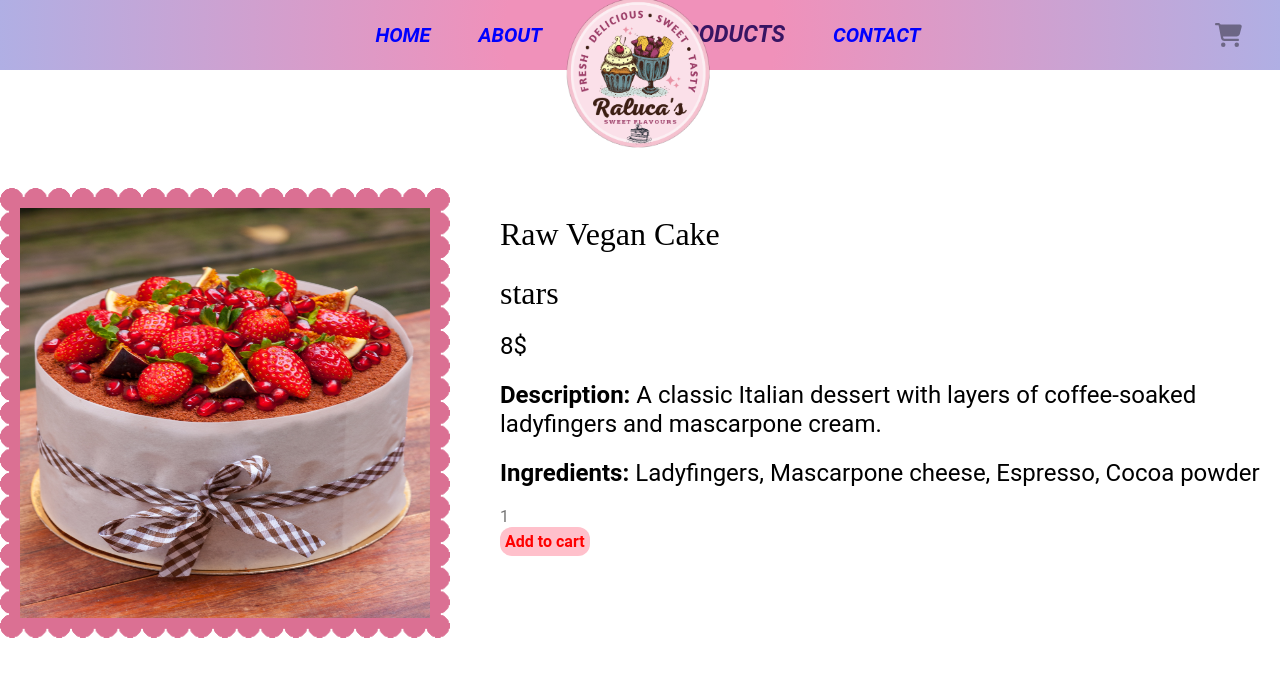
Repository: RalucaZota/cakeshop
Page: /products
The author's editor kept a copy of each file at every save. The page is drawn from the files as they stood at one save, then again after the next save.
The browser window is 1280 px wide. The pictures show the whole page.
The project was rebuilt for these pictures with package versions that can differ from the ones it lists, and the page was loaded fresh each time. Requests to the local data server were answered from the project's data file. Also part of the build but not shown: vite.config.js, src/components/FavoriteProduct.vue, src/data.js, src/components/ProductItem.vue, src/components/Testimonials.vue, src/views/Home.vue, src/components/StaffComponent.vue, src/components/CommentBox.vue and 3 more.

Above is the page before, as saved 2023-07-01 12:00:05.

### index.html
<!DOCTYPE html>
<html lang="en">
  <head>
    <meta charset="UTF-8">
    <link rel="icon" href="/favicon.ico">
    <meta name="viewport" content="width=device-width, initial-scale=1.0">
    <title>Vite App</title>
  </head>
  <body>
    <div id="app"></div>
    <script type="module" src="/src/main.js"></script>

  </body>
</html>

### src/main.js
import './assets/main.css'
import{ createApp } from "vue";
import App from './App.vue'
import router from './router'

import { library } from '@fortawesome/fontawesome-svg-core'
import { FontAwesomeIcon } from '@fortawesome/vue-fontawesome'
import { faBars } from '@fortawesome/free-solid-svg-icons'
import { faXmark } from '@fortawesome/free-solid-svg-icons'
import { faCartShopping } from '@fortawesome/free-solid-svg-icons'

import 'vuetify/styles'
import { createVuetify } from 'vuetify'
import * as components from 'vuetify/components'
import * as directives from 'vuetify/directives'

const vuetify = createVuetify({
    components,
    directives,
  })
library.add(faBars, faXmark, faCartShopping)

createApp(App)
.component('font-awesome-icon', FontAwesomeIcon).use(router, vuetify)
.mount('#app')

### src/assets/main.css
@import './base.css';

#app {
  margin: 0 auto;

  font-weight: normal;
}

html{
  line-height: 1.2 !important;
}

### src/App.vue
<script setup>
import Navbar from "./components/Navbar.vue"


</script>

<template>
<navbar/>


</template>

<style scoped>

</style>

### src/router/index.js
import { createRouter, createWebHistory } from 'vue-router'

const router = createRouter({
  history: createWebHistory(import.meta.env.BASE_URL),
  routes: [
    {
      path: '/',
      name: 'home',
      component: () => import('../views/Home.vue')
    },
    { path: '/about', name: 'about', component: () => import('../views/About.vue') },
    { path: '/products', name: 'products', component: () => import('../views/Products.vue') },
    { path: '/contact', name: 'contact', component: () => import('../views/Contact.vue') }
    // route level code-splitting
    // this generates a separate chunk (About.[hash].js) for this route
    // which is lazy-loaded when the route is visited.
  ]
})

export default router

### src/assets/base.css
/* color palette from <https://github.com/vuejs/theme> */
:root {
  --vt-c-white: #ffffff;
  --vt-c-white-soft: #f8f8f8;
  --vt-c-white-mute: #f2f2f2;

  --vt-c-black: #181818;
  --vt-c-black-soft: #222222;
  --vt-c-black-mute: #282828;

  --vt-c-indigo: #2c3e50;

  --vt-c-divider-light-1: rgba(60, 60, 60, 0.29);
  --vt-c-divider-light-2: rgba(60, 60, 60, 0.12);
  --vt-c-divider-dark-1: rgba(84, 84, 84, 0.65);
  --vt-c-divider-dark-2: rgba(84, 84, 84, 0.48);

  --vt-c-text-light-1: var(--vt-c-indigo);
  --vt-c-text-light-2: rgba(60, 60, 60, 0.66);
  --vt-c-text-dark-1: var(--vt-c-white);
  --vt-c-text-dark-2: rgba(235, 235, 235, 0.64);
}

/* semantic color variables for this project */
:root {
  --color-background: var(--vt-c-white);
  --color-background-soft: var(--vt-c-white-soft);
  --color-background-mute: var(--vt-c-white-mute);

  --color-border: var(--vt-c-divider-light-2);
  --color-border-hover: var(--vt-c-divider-light-1);

  --color-heading: var(--vt-c-text-light-1);
  --color-text: var(--vt-c-text-light-1);

  --section-gap: 160px;
}

@media (prefers-color-scheme: dark) {
  :root {
    --color-background: var(--vt-c-black);
    --color-background-soft: var(--vt-c-black-soft);
    --color-background-mute: var(--vt-c-black-mute);

    --color-border: var(--vt-c-divider-dark-2);
    --color-border-hover: var(--vt-c-divider-dark-1);

    --color-heading: var(--vt-c-text-dark-1);
    --color-text: var(--vt-c-text-dark-2);
  }
}

*,
*::before,
*::after {
  box-sizing: border-box;
  margin: 0;
  font-weight: normal;
}

### src/components/Navbar.vue
<template>
  <header :class="{ 'scrolled-nav': scrolledNav }">
    <nav >
      <div class="cart">
          <font-awesome-icon icon="fa-solid fa-cart-shopping" fade size="xl" />
        </div>
      <ul class="navigation" v-show="!mobile">
        <li>
          <RouterLink active-class="active" :to="{ name: 'home' }" class=" link"
            >Home</RouterLink
          >
        </li>
        <li>
          <RouterLink active-class="active" :to="{ name: 'about' }" class=" link"
            >About</RouterLink
          >
        </li>
        <div class="branding">
          <img src="../assets/images/logo.png" alt="logo"/>
        </div>
        <li>
          <RouterLink active-class="active" :to="{ name: 'products' }" class=" link"
            >Products</RouterLink
          >
        </li>
        <li>
          <RouterLink active-class="active" :to="{ name: 'contact' }" class=" link"
            >Contact</RouterLink
          >
        </li>
      </ul>
        <div class="icon">
          <font-awesome-icon icon="fa-solid fa-bars" size="lg" @click="openMobileNav" v-show="!mobileNav && mobile"  class="burger" :class="{'icon-active': mobileNav}"/>
          <font-awesome-icon  v-show="mobileNav" icon="fa-solid fa-xmark" beat size="xl" @click="closeMobileNav" class="close-nav" :class="{'icon-active': mobileNav}"/>
        </div>

      <transition name="mobile-nav">

        <ul v-show="mobileNav" class="dropdown-nav">
          <li>
            <div class="branding">
          <img src="../assets/images/logo.png" alt="logo"/>
        </div>
          </li>
          <li>
            <RouterLink active-class="active" :to="{ name: 'home' }" class="link"
              >Home</RouterLink
            >
          </li>
          <li>
            <RouterLink active-class="active" :to="{ name: 'about' }" class=" link"
              >About</RouterLink
            >
          </li>
          <li>
            <RouterLink active-class="active" :to="{ name: 'products' }" class=" link"
              >Products</RouterLink
            >
          </li>
          <li>
            <RouterLink active-class="active" :to="{ name: 'contact' }" class=" link"
              >Contact</RouterLink
            >
          </li>
        </ul>
      </transition>
    </nav>
  </header>

  <RouterView />
</template>
<script>
import { RouterLink, RouterView } from 'vue-router'
import Home from '../views/Home.vue'
import Products from '../views/Products.vue'
import About from '../views/About.vue'
import Contact from '../views/Contact.vue'
export default {
  name: 'navbar',
  components: {
    Home,
    Products,
    About,
    Contact
  },
  data(){
    return {
      scrolledNav: null,
      mobile: null,
      mobileNav: null,
      windowWidth: null,

    }
  },
  created(){
    window.addEventListener('resize', this.checkScreen);
    this.checkScreen()
  },
  mounted(){
    window.addEventListener('scroll', this.updateScroll)
  },
  methods:{
    openMobileNav(){
      this.mobileNav = true


    },
    closeMobileNav(){
      this.mobileNav = false

    },

    updateScroll(){
      const scrollPosition =  window.scrollY;
      if (scrollPosition > 50){
        this.scrolledNav = true;
        return;
      }
      this.scrolledNav = false
    },
    checkScreen(){
      this.windowWidth = window.innerWidth;
      if( this.windowWidth <= 750){
        this.mobile = true;
        return;
      }
      this.mobile = false;
      this.mobileNav = false;
    }
  }
}
</script>
<style lang="scss">
@import '../styles/Navbar.scss';
</style>

### src/views/Products.vue
<template>
    <div>
        <h1>PRODUCTS</h1>
       <single-product/>
    </div>
</template>
<script>

import SingleProduct from '../components/SingleProduct.vue';
export default {
    name: 'products',
    components:{
        SingleProduct


    }
}
</script>

### src/styles/Navbar.scss
header{
    width: 100%;
    position: fixed;
    transition: 0.5s ease all;
    background-color: transparent;
    z-index: 99;
    color: transparent;
    height: 68px;
    nav{
        display: flex;
        align-items: center;
        justify-content: space-evenly;
        flex-direction: row;
        background: rgb(238,174,202);
        background: rgb(240,145,186);
        background: rgb(240,145,186);
        background: radial-gradient(circle, rgba(240,145,186,1) 21%, rgba(176,175,228,1) 100%);
        transition: 0.5s ease all;
        padding: 5px 0;
        width: 100%;
        margin: 0 auto;
        text-decoration: none;
        position: relative;


        @media (min-width: 1140px) {
            max-width: 1300px;
        }
        @media (max-width: 749px) {
            width: 100%;
            padding: 20px;
        }
        ul,
        .link {
            color: blue;
            list-style: none;
            text-decoration: none;
        }
        li {
            text-transform: uppercase;
            padding: 16px;
            margin-left: 16px;
        }

        .link {
            font-weight: 700;
            font-style:italic;
            font-size: 20px;
            transition: 0.5s ease all;
            padding-bottom: 4px;
            border-bottom:  2px solid transparent;
            &:hover {
                color: #125159;
                border-color: purple;
            }
        }
        .branding {
            display: flex;
            align-items: center;
            margin-left: 80px;
            @media (max-width: 749px) {
                margin-left: 0px;
            }
            li.img{
                @media (max-width: 749px) {
                    padding-bottom: 0px;
            }
        }
            img {
                width: 150px;
                position: absolute;
                height: 155px;
                left: 44%;
                top: -10%;
                transition: .5s ease all;
                @media (max-width: 749px) {
                    position: relative;
                    width: 80px;
                    height: 80px;
                    left: 11%;
                }
            }
        }

        .active{
        font-weight: bold;
        font-size: 23px !important;
        color: #371563;
        font-weight: 700 !important;
        text-decoration: none;
        font-size: larger;

        }
        .cart{
        position: absolute;
        right: 3%;
        color: black;
        font-weight: 700;
    }
        .navigation {
            display: flex;
            align-items: center;
            flex: 1;
            justify-content: center;
    }
        .icon{
            display: flex;
            align-items: center;
            position: absolute;
            top: 0;
            left: 24px;
            height: 100%;
            color: black;
            transform: rotateZ(180deg);
            .burger{
            cursor: pointer;
            font-size: 24px;
            transition: .8s ease all;

        }
            .close-nav{
                color: black;
                font-weight: 600;
            }
    }
        .icon-active{

            color: red;
            display: inline-block;




    }
        .dropdown-nav{
            display: flex;
            flex-direction: column;
            align-items: center;
            position: fixed;
            width: 100%;
            max-width: 215px;
            height: 100%;
            background: radial-gradient(circle, rgba(240,145,186,1) 21%, rgba(176,175,228,1) 100%);
            top: 4.8%;
            left: 0;
            padding-left: 0px;
            line-height: 5px;
            padding-top: 10px;

            li{
                margin-left: 0;
                .link{
                    color: black;
                    font-weight: 600;
            }
        }

    }
        .mobile-nav-enter-active, .mobile-nav-leave-active {
            transition:  1s ease all;
        }
        .mobile-nav-enter-from, .mobile-nav-leave-to {
            transform: translateX((-250px));
        }
        .mobile-nav-enter-to {
            transform: translateX((0));
        }

}
}
.scrolled-nav{
    // box-shadow: 0 4px 6px -1px rgba(0, 0, 0, 0.1), 0 2px 4px -1px rgba(0, 0, 0, 0.06);
        nav{
            padding: 8px 0;
            .branding{
            // img{
            //     width: 40px;
            //     box-shadow: 0 4px 6px -1px rgba(0, 0, 0, 0.1), 0 2px 4px -1px rgba(0, 0, 0, 0.06);

            // }
        }
    }
}

### src/components/AddtoCartButton.vue
<template>
    <div>
        <a href="#" class="cart-button">
      <span></span>
      <span></span>
      <span></span>
      <span></span>
      Add to cart
    </a>
    </div>
</template>
<script>
export default {
    name: 'AddtoCartButton'
}
</script>
<style >
.cart-button {
    /* border: 2px solid hsl(317 100% 54%); */
    background-color: pink;
    border-radius: 12px;
    font-weight: 600;
    font-size: 16px;
    padding: 5px;
    position: relative;
    display: inline-block;
    color: red;
    text-decoration: none;
    overflow: hidden;
    transition: 0.2s;
}



.cart-button:hover {
    color: #255784;
    background:pink;
    box-shadow: 0 0 10px #2196f3, 0 0 40px #2196f3, 0 0 80px #2196f3;
    transition-delay: 1s;
}


.cart-button span {
    position: absolute;
    display: block;
}




.cart-button span:nth-child(1) {
    top: 0;
    left: -100%;
    width: 100%;
    height: 2px;
    background: linear-gradient(90deg, transparent, #2196f3);
}



.cart-button:hover span:nth-child(1) {
    left: 100%;
    transition: 1s;
}


.cart-button span:nth-child(3) {
    bottom: 0;
    right: -100%;
    width: 100%;
    height: 2px;
    background: linear-gradient(270deg, transparent, #2196f3);
}

.cart-button:hover span:nth-child(3) {
    right: 100%;
    transition: 1s;
    transition-delay: 0.5s;
}



.cart-button span:nth-child(2) {
    top: -100%;
    right: 0;
    width: 2px;
    height: 100%;
    background: linear-gradient(180deg, transparent, #2196f3);
}

.cart-button:hover span:nth-child(2) {
    top: 100%;
    transition: 1s;
    transition-delay: 0.25s;
}



.cart-button span:nth-child(4) {
    bottom: -100%;
    left: 0;
    width: 2px;
    height: 100%;
    background: linear-gradient(360deg, transparent, #2196f3);
}

.cart-button:hover span:nth-child(4) {
    bottom: 100%;
    transition: 1s;
    transition-delay: 0.75s;
}
</style>

### src/components/SingleProduct.vue
<template>
    <article class="product-article" v-for="{id, image, name, price, quantity, description, ingredients} in  singleProduct" :key="id">
        <div class="product-wrapper-div-img">
            <img :src="image" class="single-product-img" />
        </div>
        <div class="product-wrapper-div-details">
            <h3>{{ name }}</h3>
            <div class="star-raiting">stars</div>
            <h2>{{ price }}</h2>
            <p> <strong>Description: </strong> {{ description }}</p>
            <p> <strong>Ingredients: </strong> {{ ingredients}}</p>

            <div>
                <input :placeholder="quantity"/>
                <addto-cart-button/>
            </div>
        </div>
    </article>
</template>
<script>

import AddtoCartButton from './AddtoCartButton.vue'
import axios from 'axios'

export default {
    name: 'single-product',
    components:{
        AddtoCartButton

    },
    data(){
    return {
      singleProduct: {},

    }
  },
   async created() {

    try {
    const response = await axios.get('http://localhost:3000/desserts', {
        params: {
            _limit: 1,
        },
    })
    this.response = JSON.stringify(response.data)
    this.singleProduct = response.data
        console.log(response.data)


    } catch (error) {
      console.error(error.message)
    }


  }}

 </script>
 <style>
 @import '../styles/SingleProduct.scss';
 </style>

### src/styles/SingleProduct.scss
.product-article {
  margin-top: 150px;
  display: flex;
  align-items: center;
  justify-content: center;
  gap: 50px;
  flex-direction: row;
  .product-wrapper-div-img {
    .single-product-img {
      width: 450px;
      height: 450px;
      border-radius: 10px;
      border: 20px solid palevioletred;

      --mask: linear-gradient(#000 0 0) 50% / calc(100% - 22.2px) calc(100% - 22.2px) no-repeat,
        radial-gradient(farthest-side, #000 98%, #0000) 0 0/24px 24px round;
      -webkit-mask: var(--mask);
      mask: var(--mask);
    }
  }
  .product-wrapper-div-details {
    height: 400px;
    display: flex;
    gap: 20px;
    flex-direction: column;
}
  .product-wrapper-div-details h3{
    font-size: 2rem;
    font-family: cursive;
    }
   .product-wrapper-div-details .star-raiting{
    font-size: 2rem;
    font-family: cursive;
   }
   .product-wrapper-div-details > p {
    font-size: 1.5rem;
   }
}

Loaded but not shown: db.json (255 lines, source omitted)

After the next save:
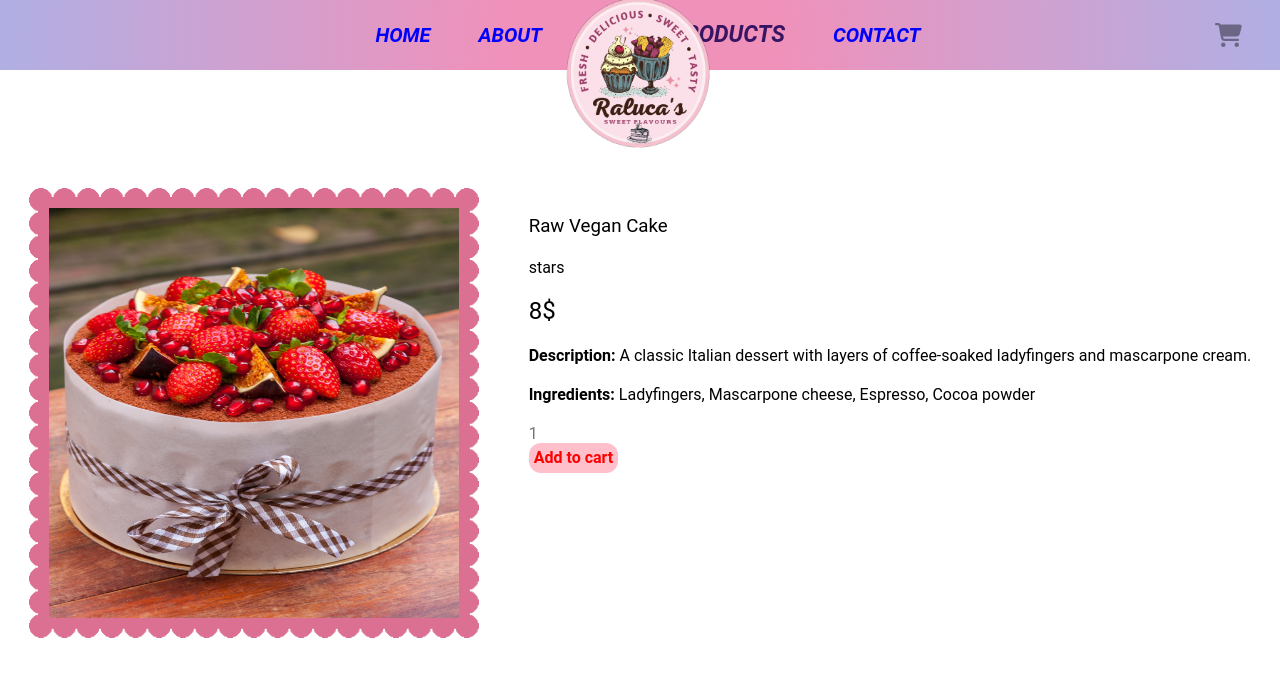
Saved 113 s later.
--- a/src/styles/SingleProduct.scss
+++ b/src/styles/SingleProduct.scss
@@ -23,16 +23,17 @@
     display: flex;
     gap: 20px;
     flex-direction: column;
-}
-  .product-wrapper-div-details h3{
+
+    .product-wrapper-div-details h3{
     font-size: 2rem;
     font-family: cursive;
     }
-   .product-wrapper-div-details .star-raiting{
+    .product-wrapper-div-details .star-raiting{
     font-size: 2rem;
     font-family: cursive;
    }
-   .product-wrapper-div-details > p {
+    .product-wrapper-div-details > p {
     font-size: 1.5rem;
    }
 }
+}

After the 2 saves that followed:
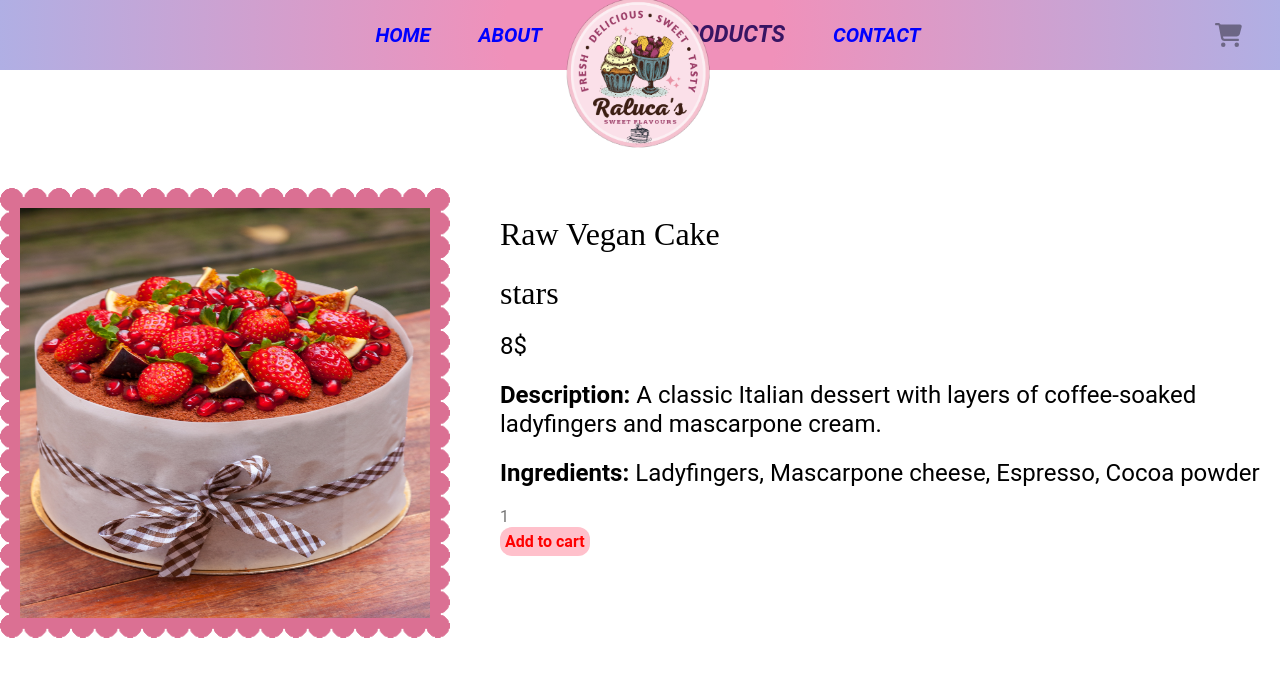
The 2 saves are shown as one change because 1 left the picture as it was.
The last was saved 49 s later.
--- a/src/styles/SingleProduct.scss
+++ b/src/styles/SingleProduct.scss
@@ -23,7 +23,7 @@
     display: flex;
     gap: 20px;
     flex-direction: column;
-
+}
     .product-wrapper-div-details h3{
     font-size: 2rem;
     font-family: cursive;
@@ -36,4 +36,3 @@
     font-size: 1.5rem;
    }
 }
-}
